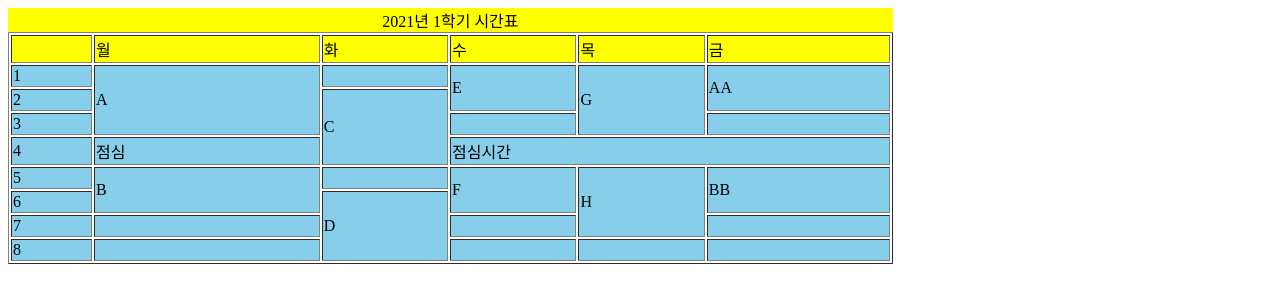
Repository: o-ddong/JSP
Page: ch1_html/WebContent/hello.html
The author's editor kept a copy of each file at every save. The page is drawn from the files as they stood at one save, then again after the next save.
The browser window is 1280 px wide. The pictures show the whole page.

Above is the page before, as saved 2021-03-03 06:02:41.

After the next save:
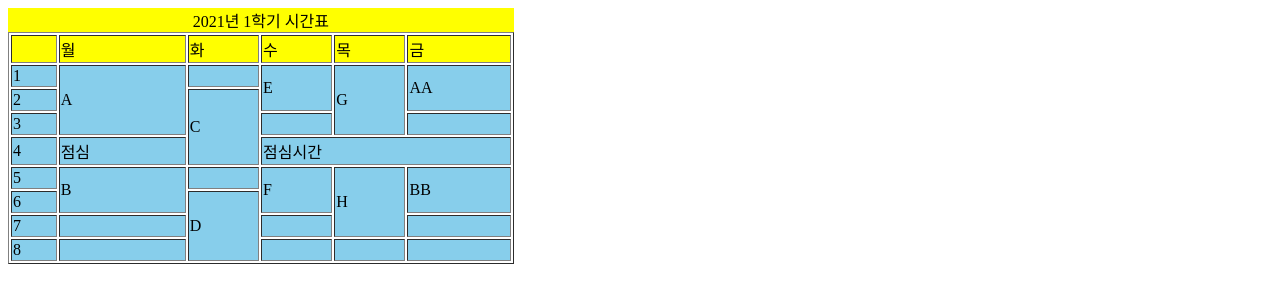
Saved 12 s later.
--- a/ch1_html/WebContent/hello.html
+++ b/ch1_html/WebContent/hello.html
@@ -10,7 +10,7 @@
 </head>
 <body>
 
-<table border="1"; width=70%;>
+<table border="1"; width=40%;>
 	<caption class=back_y>2021년 1학기 시간표</caption>
 	<tr class=back_y>
 		<td></td>
